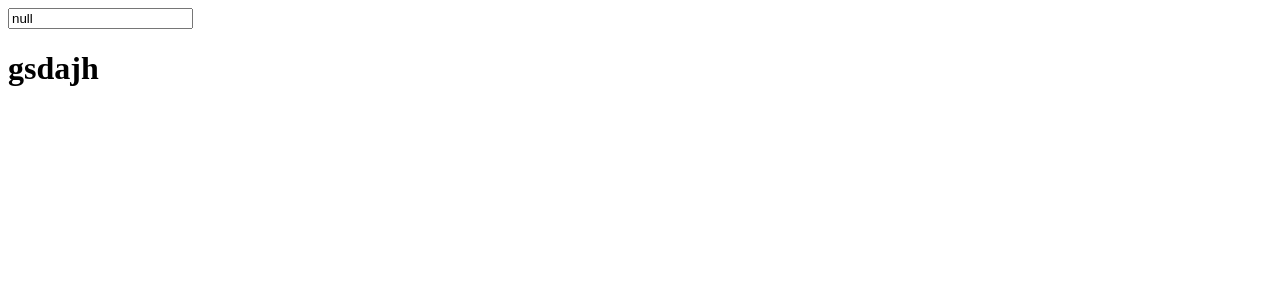
Repository: Ramakrishnmagadum/Servlet
Page: http://localhost/JSP_CRUD_Project/edituser.jsp
These files come from the project's save history. The page is drawn as it stood at one moment and after the next save; the edit follows.
The browser window is 1280 px wide. The pictures show the whole page.
The page is served by Tomcat 9. Queries for data that is not in the repository find no rows.

Above is the page before, as saved 2025-02-28 17:45:26.

### JSP_CRUD_Project/src/main/webapp/edituser.jsp
<%@ page language="java" contentType="text/html; charset=UTF-8"
    pageEncoding="UTF-8"%>
    <%@page import="CRUD_Project.DAO" %>
     <%@page import="CRUD_Project.StudentsBean" %>
<!DOCTYPE html>
<html>
<head>
<meta charset="UTF-8">
<title>Edit User</title>
</head>
<body>
<%String name =request.getParameter("name");
StudentsBean bean=DAO.getrecord(name);
String name2 =bean.getName();
%>
<form action="edituser2.jsp" method="post">
<input type="text" name="name" value="<%=name2%>">
</form>
<h1>gsdajh</h1>

</body>
</html>

### JSP_CRUD_Project/src/main/java/CRUD_Project/DAO.java
package CRUD_Project;

import java.sql.Connection;
import java.sql.DriverManager;
import java.sql.PreparedStatement;
import java.sql.ResultSet;
import java.sql.SQLException;
import java.util.ArrayList;
import java.util.List;

public class DAO  {

	public static Connection getconnection() throws SQLException, ClassNotFoundException {
		Connection conn = null;
		Class.forName("com.mysql.jdbc.Driver");
		conn = DriverManager.getConnection("jdbc:mysql://localhost:3306/RamDB", "root", "root");
		return conn;
	}

	public static int savestudent(StudentsBean bean) throws ClassNotFoundException, SQLException {
		Connection conn=getconnection();
		PreparedStatement excute = conn.prepareStatement("insert into jspstudent (name , email ,sex , country ) values(?,?,?,?)");
		excute.setString(1, bean.getName());
		excute.setString(2, bean.getEmail());
		excute.setString(3, bean.getSex());
		excute.setString(4, bean.getCountry());
		return excute.executeUpdate();
	}

	public static List<StudentsBean> getAllRecords() throws ClassNotFoundException, SQLException{
		List<StudentsBean> list=new ArrayList<StudentsBean>();
		Connection conn=getconnection();
		PreparedStatement ps = conn.prepareStatement("select * from jspstudent");
		ResultSet rs = ps.executeQuery();
		while (rs.next()) {
			StudentsBean bean = new StudentsBean();
			bean.setName(rs.getString(1));
			bean.setEmail(rs.getString(2));
			bean.setSex(rs.getString(3));
			bean.setCountry(rs.getString(4));
			list.add(bean);
		}
		return list;
	}


	public static StudentsBean getrecord(String name) throws ClassNotFoundException, SQLException {
		StudentsBean bean=new StudentsBean();
		Connection conn=getconnection();
		System.out.println("nameis  "+name);
		PreparedStatement ps = conn.prepareStatement("select * from jspstudent where name ='"+name+"'");
		ResultSet rs = ps.executeQuery();
		if(rs.next()) {
			bean.setName(rs.getString(1));
			bean.setEmail(rs.getString(2));
			bean.setSex(rs.getString(3));
			bean.setCountry(rs.getString(4));
		}
		return bean;
	}



}

### JSP_CRUD_Project/src/main/java/CRUD_Project/StudentsBean.java
package CRUD_Project;

public class StudentsBean {
	String name;
	String sex;
	String email;
	String country;
	public String getName() {
		return name;
	}
	public void setName(String name) {
		this.name = name;
	}
	public String getSex() {
		return sex;
	}
	public void setSex(String sex) {
		this.sex = sex;
	}
	public String getEmail() {
		return email;
	}
	public void setEmail(String email) {
		this.email = email;
	}
	public String getCountry() {
		return country;
	}
	public void setCountry(String country) {
		this.country = country;
	}

}

After the next save:
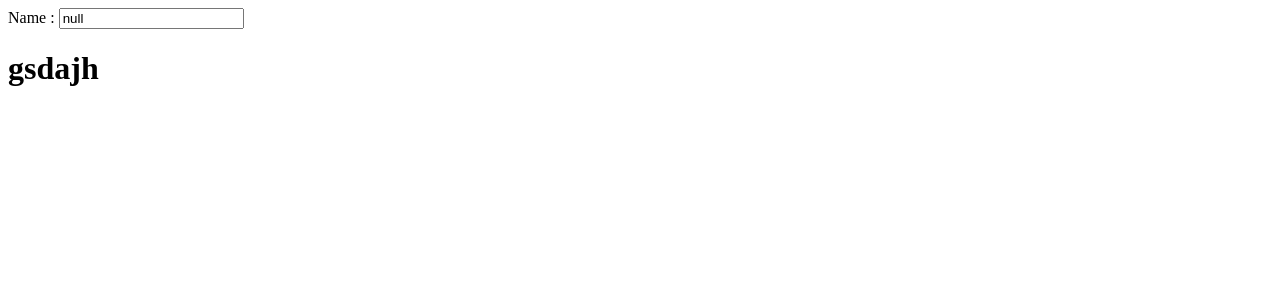
Saved 19 s later.
--- a/JSP_CRUD_Project/src/main/webapp/edituser.jsp
+++ b/JSP_CRUD_Project/src/main/webapp/edituser.jsp
@@ -14,7 +14,7 @@ StudentsBean bean=DAO.getrecord(name);
 String name2 =bean.getName();
 %>
 <form action="edituser2.jsp" method="post">
-<input type="text" name="name" value="<%=name2%>">
+Name : <input type="text" name="name" value="<%=name2%>">
 </form>
 <h1>gsdajh</h1>
 
